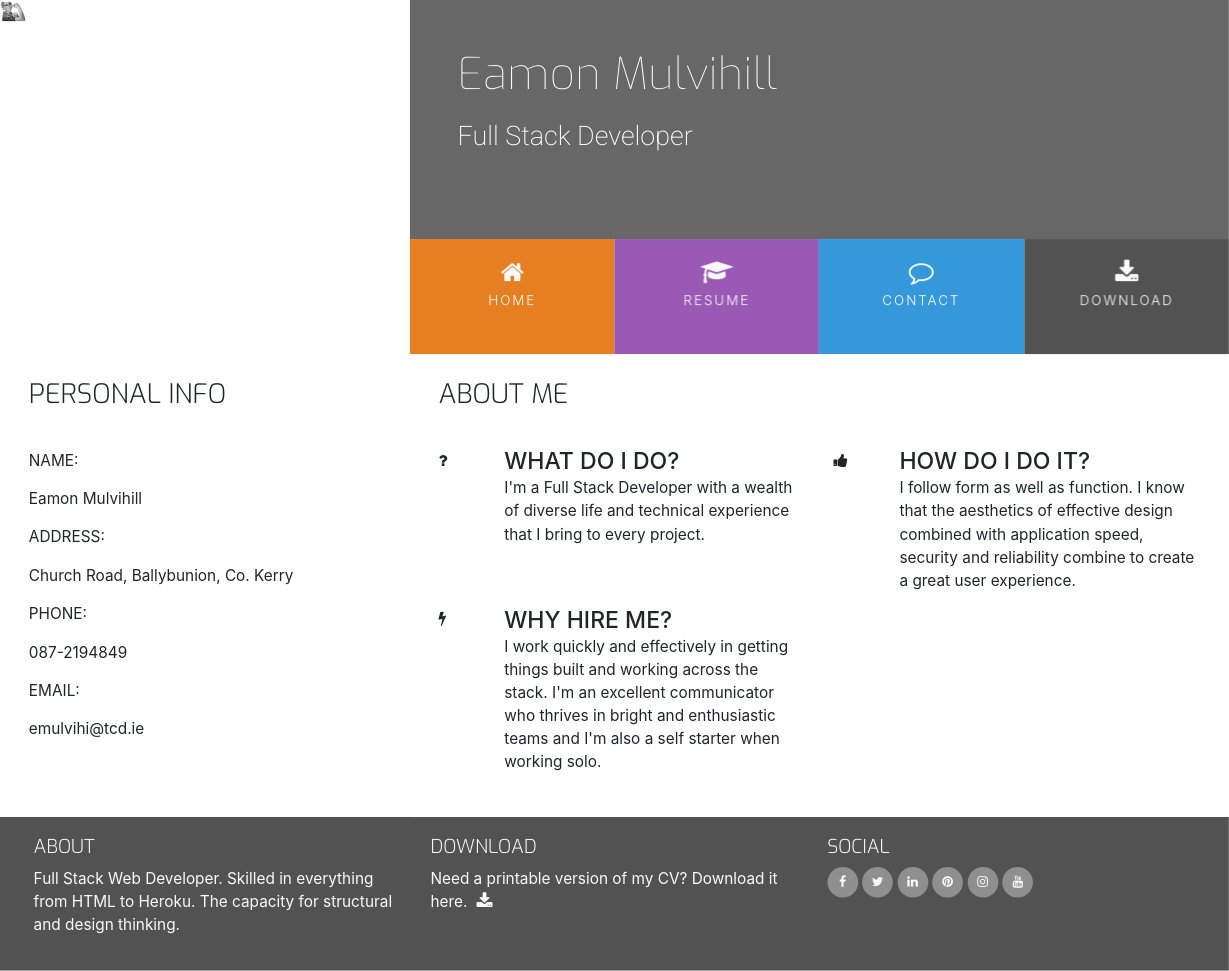
Repository: emulvihi/interactive-cv
Page: index.html
The author's editor kept a record of every edit. The page is drawn from the files as they stood at one moment, then again after the next edit.
The browser window is 1280 px wide. The pictures show the whole page, at 96% of full size.

Above is the page before.

After the next edit:
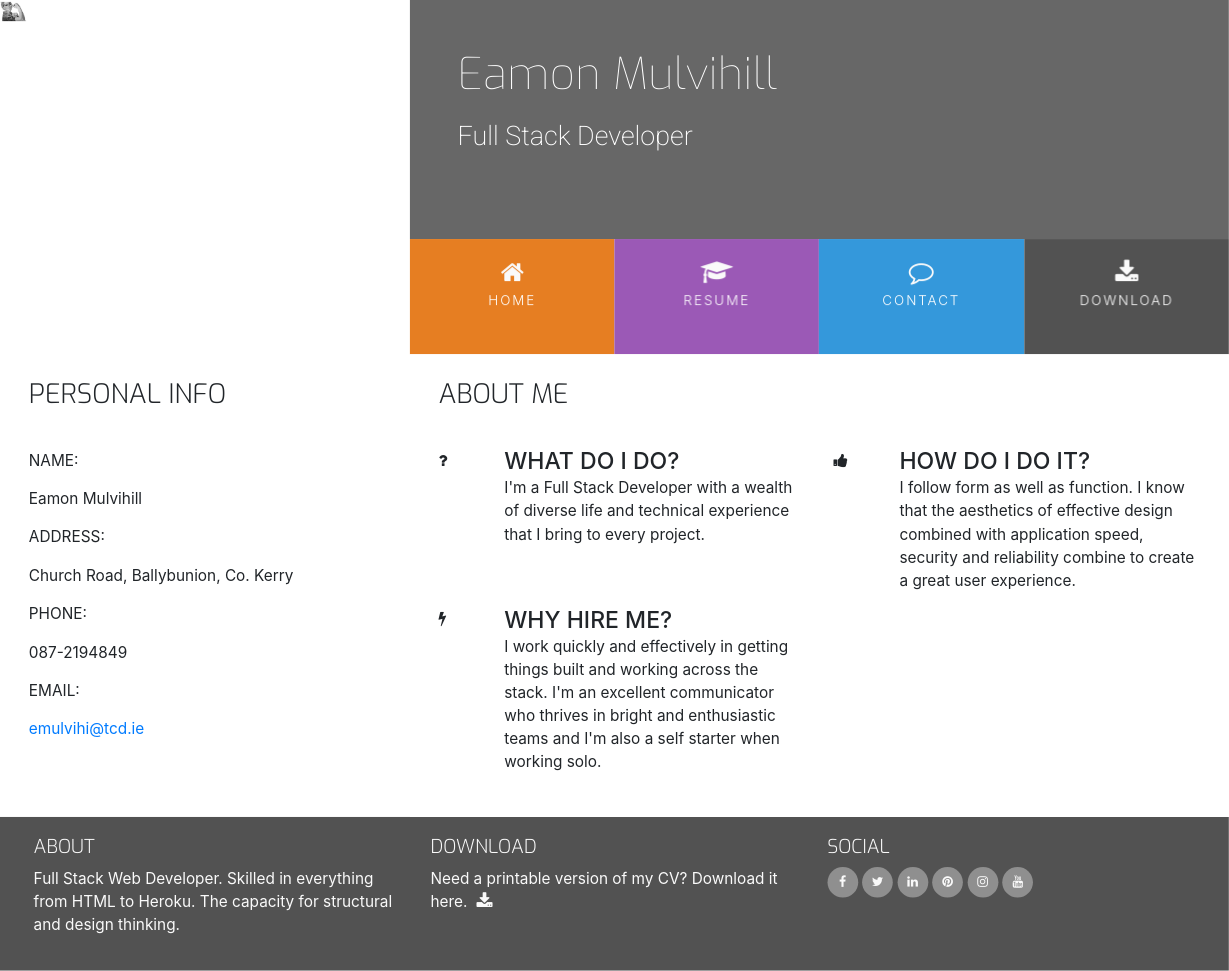
The edit:
--- a/index.html
+++ b/index.html
@@ -102,7 +102,7 @@
                     </div>
                     <div class="value">
                         <p>
-                            emulvihi@tcd.ie
+                            <a href="mailto:emulvihi@tcd.ie">emulvihi@tcd.ie</a>
                         </p>
                     </div>
                 </div>
